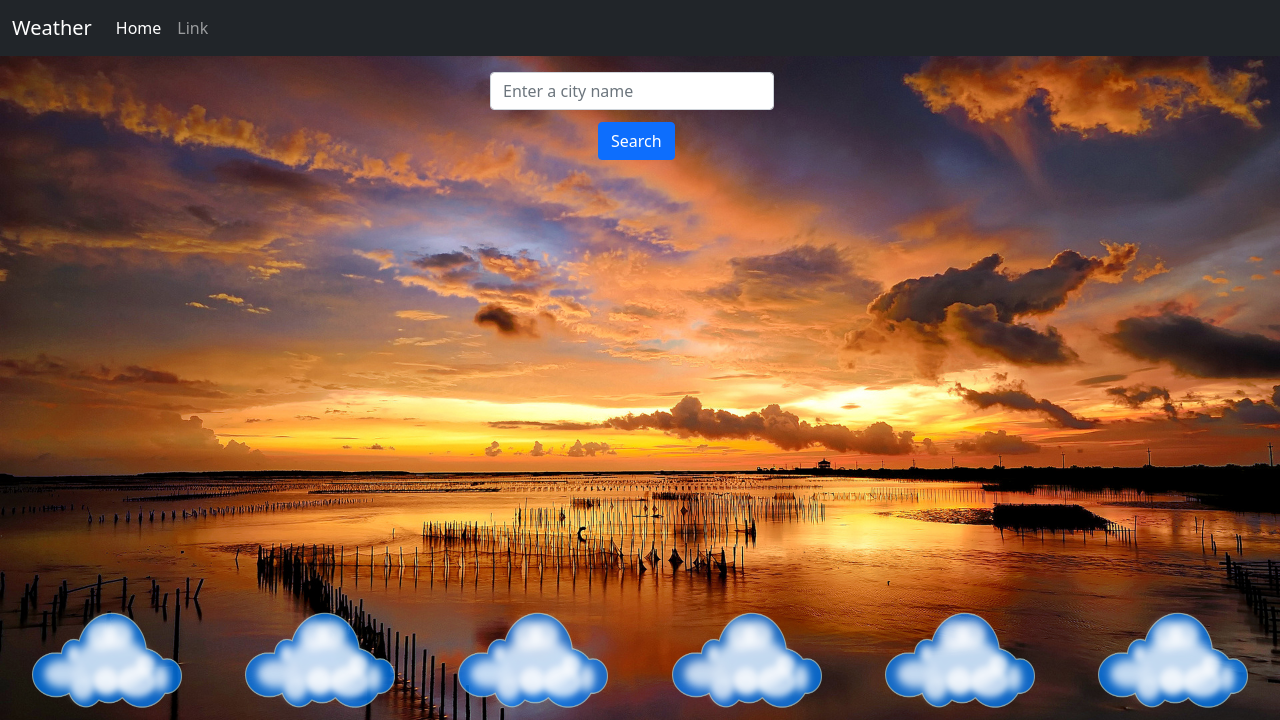
Repository: rohitbharti258/Project_Weather_finder
Page: index.html
The author's editor kept a copy of each file at every save. The page is drawn from the files as they stood at one save, then again after the next save.
The browser window is 1280 px wide. The pictures show the whole page.

Above is the page before, as saved 2022-02-28 12:54:55.

After the next save:
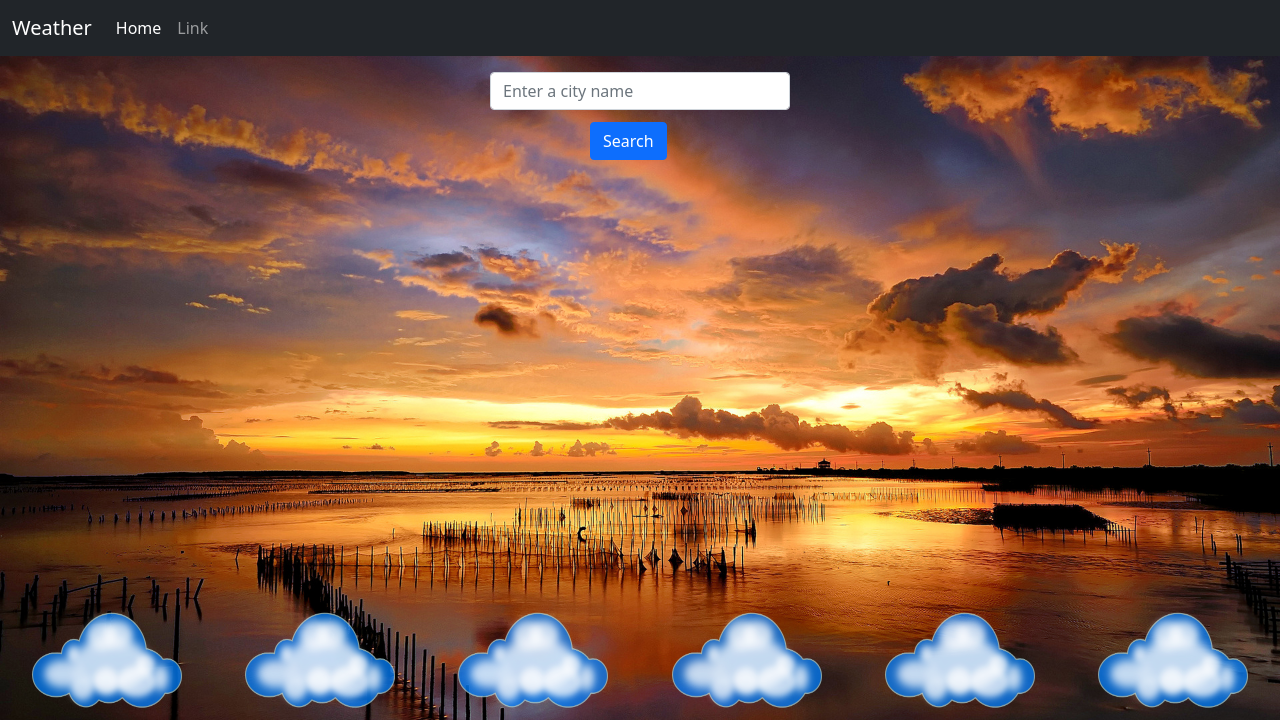
Saved 104 s later.
--- a/index.html
+++ b/index.html
@@ -42,14 +42,14 @@
     </div>
     <div class="container my-3">
         <div class="form">
-        <form class="row g-3 ">
+        <!-- <form class="row g-3 ">  -->
             <div class="col-auto" style="width: 300px;">
                 <input type="text" class="form-control" id="inputPassword2" placeholder="Enter a city name">
             </div>
             <div class="col-auto">
                 <button type="submit" class="btn btn-primary mb-3">Search</button>
             </div>
-        </form>
+        <!-- </form> -->
         </div>
     <!-- </div> -->
     <div class="weatherBox">
